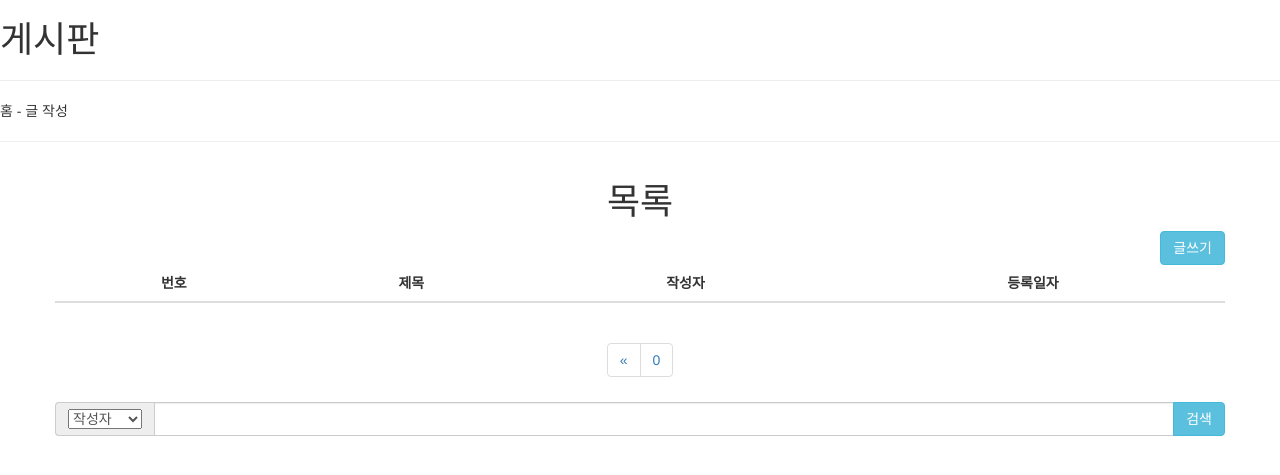
Repository: assa1092/MoonTest
Page: http://localhost/testBoard/WEB-INF/views/board/list.jsp
These files come from the project's save history. The page is drawn as it stood at one moment and after the next save; the edit follows.
The browser window is 1280 px wide. The pictures show the whole page.
The page is served by Tomcat 9. Nobody is signed in. The template is opened directly, without the code that normally fills it, so the values that code supplies are empty.

Above is the page before, as saved 2020-12-22 06:26:29.

After the next save:
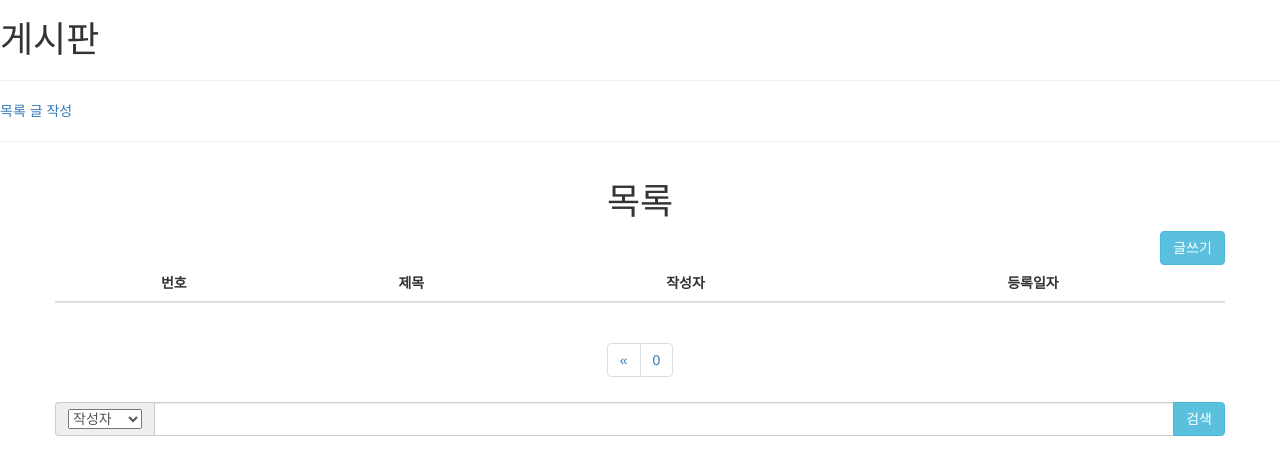
Saved 79 s later.
--- a/testBoard/src/main/webapp/WEB-INF/views/board/list.jsp
+++ b/testBoard/src/main/webapp/WEB-INF/views/board/list.jsp
@@ -30,7 +30,10 @@
 			<h1>게시판</h1>
 		</header>
 		<hr />
-		<nav>홈 - 글 작성</nav>
+
+		<div>
+				<%@include file="nav.jsp" %>
+		</div>
 		<hr />
 
 
